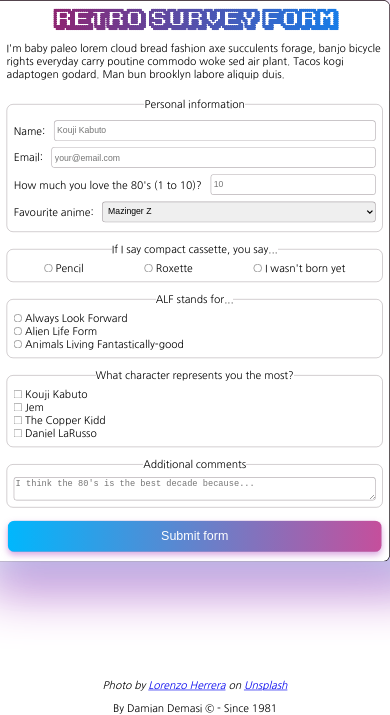
Repository: Colo-Codes/freecodecamp-02-Build-a-Survey-Form
Page: index.html
An editor plug-in stored every save of this project. The page is shown before and after the next save, followed by the edit.
The browser window is 600 px wide. The pictures show the whole page, at 65% of full size.

Above is the page before, as saved 2021-05-19 09:05:22.

### index.html
<!DOCTYPE html>
<html lang="en">

<head>
    <meta charset="UTF-8">
    <meta http-equiv="X-UA-Compatible" content="IE=edge">
    <meta name="viewport" content="width=device-width, initial-scale=1.0">
    <link rel="stylesheet" href="./resources/css/index.css" type="text/css">
    <link rel="preconnect" href="https://fonts.gstatic.com">
    <link href="https://fonts.googleapis.com/css2?family=Nanum+Gothic:wght@400;800&display=swap" rel="stylesheet">
    <title>Retro Survey Form</title>
</head>

<body>
    <main id="grid-container">
        <header>
            <h1 id="title">Retro Survey Form</h1>
            <p id="description">I'm baby paleo lorem cloud bread fashion axe succulents forage, banjo bicycle rights
                everyday carry poutine commodo woke sed air plant. Tacos kogi adaptogen godard. Man bun brooklyn labore
                aliquip duis.</p>
        </header>
        <section>
            <form action="#" id="survey-form" method="POST">
                <fieldset id="personal-info">
                    <legend>Personal information</legend>
                    <label for="name" id="name-label">
                        Name: <input type="text" id="name" placeholder="Kouji Kabuto" required>
                    </label>
                    <label for="email" id="email-label">
                        Email: <input type="email" id="email" placeholder="your@email.com" required> <!-- validate -->
                    </label>
                    <label for="number" id="number-label">
                        How much you love the 80's (1 to 10)? <input type="number" id="number" placeholder="10" min="1"
                            max="10" required>
                    </label>
                    <label for="dropdown"> Favourite anime:
                        <select name="favourite" id="dropdown">
                            <option value="mazinger-z">Mazinger Z</option>
                            <option value="macross-robotech">Macross (Robotech)</option>
                            <option value="crusher-joe">Crusher Joe</option>
                            <option value="momo">Magical Princess Minky Momo</option>
                            <option value="gundam">Mobile Suit Zeta Gundam</option>
                            <option value="dragon-ball">Dragon Ball</option>
                            <option value="galactic-heroes">Legend of the Galactic Heroes</option>
                        </select>
                    </label>
                </fieldset>

                <fieldset id="cassette">
                    <legend>If I say compact cassette, you say...</legend>
                    <label for="pencil">
                        <input type="radio" name="cassette-match" value="pencil" id="pencil"> Pencil
                    </label>
                    <label for="roxette">
                        <input type="radio" name="cassette-match" value="roxette" id="roxette"> Roxette
                    </label>
                    <label for="not-born">
                        <input type="radio" name="cassette-match" value="not-born" id="not-born"> I wasn't born yet
                    </label>
                </fieldset>
                <fieldset id="alf">
                    <legend>ALF stands for...</legend>
                    <label for="always">
                        <input type="radio" name="alf" value="always" id="always"> Always Look Forward
                    </label>
                    <label for="alien">
                        <input type="radio" name="alf" value="alien" id="alien"> Alien Life Form
                    </label>
                    <label for="animals">
                        <input type="radio" name="alf" value="animals" id="animals"> Animals Living Fantastically-good
                    </label>
                </fieldset>
                <fieldset id="character">
                    <legend>What character represents you the most?</legend>
                    <label for="koji">
                        <input type="checkbox" name="character" value="koji" id="koji"> Kouji Kabuto
                    </label>
                    <label for="jem">
                        <input type="checkbox" name="character" value="jem" id="jem"> Jem
                    </label>
                    <label for="copper">
                        <input type="checkbox" name="character" value="copper" id="copper"> The Copper Kidd
                    </label>
                    <label for="larusso">
                        <input type="checkbox" name="character" value="larusso" id="larusso"> Daniel LaRusso
                    </label>
                </fieldset>
                <fieldset id="additional-comments">
                    <legend>Additional comments</legend>
                    <textarea name="additional-comments" id="textarea" cols="50" placeholder="I think the 80's is the best decade because..."></textarea>
                </fieldset>
                <div id="submit">
                    <input type="submit" value="Submit form">
                </div>
            </form>
        </section>
        <div id="main-image" role="img" aria-label="Retro computers and devices from the 80's under a blue and violet light"></div>
    </main>
    <div id="glow-1"></div>
    <div id="glow-2"></div>
    <footer>
        <p>Photo by <a href="https://unsplash.com/@lorenzoherrera?utm_source=unsplash&utm_medium=referral&utm_content=creditCopyText" target="_blank">Lorenzo Herrera</a> on <a href="https://unsplash.com/?utm_source=unsplash&utm_medium=referral&utm_content=creditCopyText" target="_blank">Unsplash</a></p>
        <p>By Damian Demasi &copy; - Since 1981</p>
    </footer>
</body>

</html>

### resources/css/index.css
@font-face {
    font-family: 'Karmatic Arcade';
    src: url("../fonts/ka1.ttf");
    font-weight: normal;
    font-style: normal;
}
/* Initial reset */
html {
    box-sizing: border-box;
    font-size: 16px;
}
*, *:before, *:after {
    box-sizing: inherit;
    margin: 0;
    padding: 0;
    /*outline: 1px dashed blue; /* Debugging purposes */
}
/* Grid */
@media screen and (max-width: 750px) {
    #grid-container {
        width: 100%;
    }
}
@media screen and (min-width: 750px) {
    #grid-container {
        width: 700px;
        height: 600px;
        margin: 2rem auto 50px auto;
        grid-template: 1fr 1fr / 1fr 1fr;

    }
    #main-image {
        grid-area: 1 / 1 / 3 / 2; /* the whole left column */
    }
}
@media screen and (min-width: 1100px) {
    #grid-container {
        width: 1000px;
        height: 900px;
        margin: 5rem auto 50px auto;
        grid-template: 1fr 1fr / 1fr 1fr;
    }
    #main-image {
        grid-area: 1 / 1 / 3 / 2; /* the whole left column */
    }

}
#grid-container {
    display: grid;
    flex-direction: row;
    border-radius: 10px;
    /* border: 1px solid red; */
    box-shadow: 0px -5px 70px 10px rgba(181, 83, 196, .3);
}
#main-image {
    background-image: url(../img/lorenzo-herrera-p0j-mE6mGo4-unsplash.jpg);
    background-repeat: no-repeat;
    background-position: 45%;
    background-size: cover;
    order: -1;
    border-radius: 10px 0 0 10px;
}
header {
    background-color: white;
    grid-area: 1 / 2 / 2 / 3; /* top right */
    border-radius: 0 10px 0 0;
    border-top: 1px solid rgb(26, 6, 18);
    border-right: 1px solid rgb(26, 6, 18);
}
section {
    background-color: white;
    grid-area: 2 / 2 / 3 / 3; /* top right */
    border-radius: 0 0 10px 0;
    border-bottom: 1px solid rgb(10, 1, 4);
    border-right: 1px solid rgb(10, 1, 4);
}
/* Form */
form {
    margin: 10px;
    font-family: 'Nanum Gothic', sans-serif;
}
h1 {
    margin-top: 10px;
    font-family: "Karmatic Arcade", sans-serif;
    text-align: center;
    background: linear-gradient(90deg, #A4155B, #028CFD);
    -webkit-background-clip: text;
    -webkit-text-fill-color: transparent;
}
header p {
    padding: 1em 10px 1em 10px;
    font-family: 'Nanum Gothic', sans-serif;
}
fieldset {
    padding: 10px;
    border: 1px solid rgba(26, 6, 18, .3);
    border-radius: 10px;
    margin-bottom: 1rem;;
}
legend {
    text-align: center;
}
#personal-info {
    display: flex;
    flex-direction: column;
    align-items: stretch;
}
#personal-info label {
    display: flex;
    margin: .3rem 0;
    align-items: center;
}
#personal-info input, #personal-info select {
    flex: 1 1 auto;
    margin-left: 1em;
    padding: 2px 4px;
    height: 2rem;
    border: 1px solid rgba(26, 6, 18, .3);
    border-radius: 5px;
}
#cassette {
    display: flex;
    flex-direction: row;
    flex-direction: row;
    justify-content: space-around;
}
#alf {
    display: flex;
    flex-direction: row;
    flex-flow: column;
    justify-content: space-around;
}
#character {
    display: flex;
    flex-direction: row;
    flex-flow: column;
    justify-content: space-around;
}
#additional-comments {
    display: flex;
}
#additional-comments textarea {
    flex: 1 1 auto;
    padding: 2px;
    max-width: 100%;
    border: 1px solid rgba(26, 6, 18, .3);
    border-radius: 5px;
    resize:vertical; /* will prevent resizing horizontally */
}
#submit {
    display: flex;
}
input[type=submit] {
    flex: 1 1 auto;
    background-color: #832D7C; /* fallback */
    background-image: linear-gradient(90deg, #00B7FD, #C54F9C);
    border: none;
    border-radius: 10px;
    color: white;
    padding: .8rem;
    margin: 4px 2px;
    font-size: 1.2rem;
    cursor: pointer;
    box-shadow: 0 5px 10px rgba(181, 83, 196, .5);
    height: 3rem;
}
input[type=submit]:hover {
    box-shadow: 0 2px 5px rgba(181, 83, 196, 1);
    transition: all .3s;
    font-size: 1rem;
    padding: 1rem;
    height: 3rem;

}
/* Glow */
#glow-1 {
    width: 850px; /* TODO media query */
    margin: -60px auto;
    box-shadow: 0px 40px 80px 10px #0ff;
}
#glow-2 {
    width: 650px; /* TODO media query */
    margin: -60px auto;
    box-shadow: 0px 80px 80px 20px rgb(181, 83, 196);
}
/* Footer */
footer {
    display: flex;
    margin-top: 15rem;
    flex-direction: column;
    justify-content: center;
    font-family: 'Nanum Gothic', sans-serif;
}
footer * {
    margin: 0 auto;
}
footer p:first-child {
    font-style: italic;
    margin-bottom: 1em;
}

After the next save:
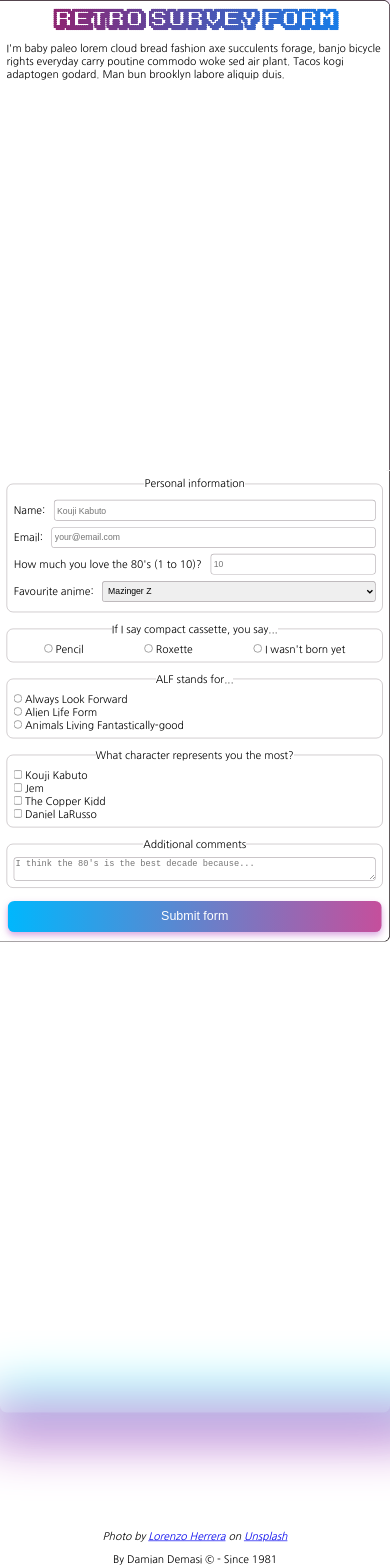
Saved 27 s later.
--- a/resources/css/index.css
+++ b/resources/css/index.css
@@ -19,6 +19,8 @@ html {
 @media screen and (max-width: 750px) {
     #grid-container {
         width: 100%;
+        grid-template: 1fr 1fr 1fr / 1fr;
+
     }
 }
 @media screen and (min-width: 750px) {
